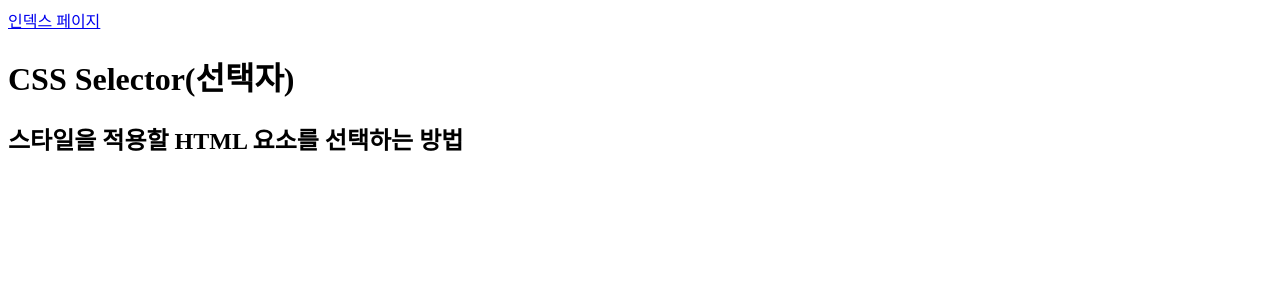
Repository: Sid0130/HTML
Page: lab-web/lab02_css/src/main/webapp/selector1.html
These files come from the project's save history. The page is drawn as it stood at one moment and after the next save; the edit follows.
The browser window is 1280 px wide. The pictures show the whole page.

Above is the page before, as saved 2024-12-04 07:54:18.

### lab-web/lab02_css/src/main/webapp/selector1.html
<!DOCTYPE html>
<html>
	<head>
		<meta charset="UTF-8">
		<title>Lab02 CSS</title>
	</head>
	<body>
		<nav> <!-- navigation division(페이지 이동 선택 메뉴 영역) -->
            <a href="index.html">인덱스 페이지</a>
        </nav>

        <main>
        <!-- **중요한 부분** -->
            <h1>CSS Selector(선택자)</h1>
            <h2>스타일을 적용할 HTML 요소를 선택하는 방법</h2>
        </main>
	</body>
</html>

<!--
CSS 문법: selector { property: value; ... }
selector: HTML 요소(element)를 찾는 방법.
1. 태그(tag) 이름: body, div, span, main, section, ...
2. 클래스(class) 속성 값: .class-name
   - HTML 태그 안에서 class 속성(attribute)에 설정한 값(이름).
   - 여러 개의 요소들을 한꺼번에 선택할때 주로 사용.
3. 아이디(id) 속성 값: #id-name
   - HTML 태그 안에서 id 속성에 설정한 값(이름).
   - HTML 파일 안에서 유일한 요소 1개를 선택할 때 주로 사용.
   - 같은 아이디가 여러 개 있는 경우에는, 같은 아이디의 모든 요소들을 선택함. (권장하지 않음)
4. *: 모든 HTML 요소.
5. pseudo selector(가상 선택자): 이벤트, ...
6. 자식 요소(child element)
-->

After the next save:
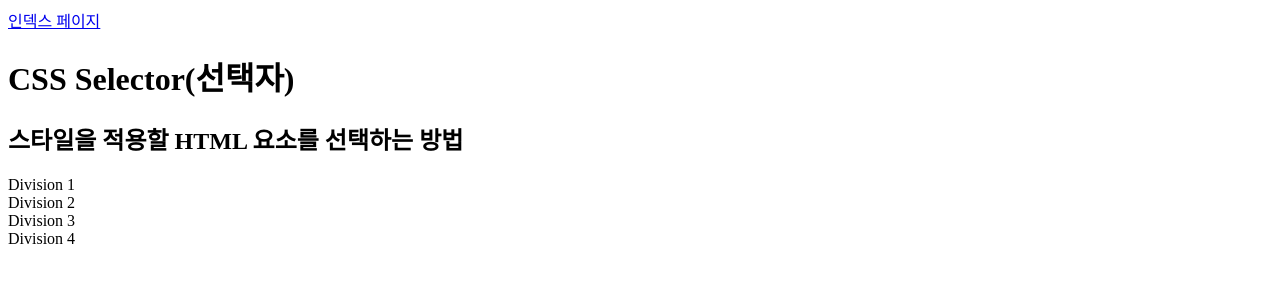
Saved 18 s later.
--- a/lab-web/lab02_css/src/main/webapp/selector1.html
+++ b/lab-web/lab02_css/src/main/webapp/selector1.html
@@ -13,6 +13,11 @@
         <!-- **중요한 부분** -->
             <h1>CSS Selector(선택자)</h1>
             <h2>스타일을 적용할 HTML 요소를 선택하는 방법</h2>
+
+            <div>Division 1</div>
+            <div>Division 2</div>
+            <div>Division 3</div>
+            <div>Division 4</div>
         </main>
 	</body>
 </html>
